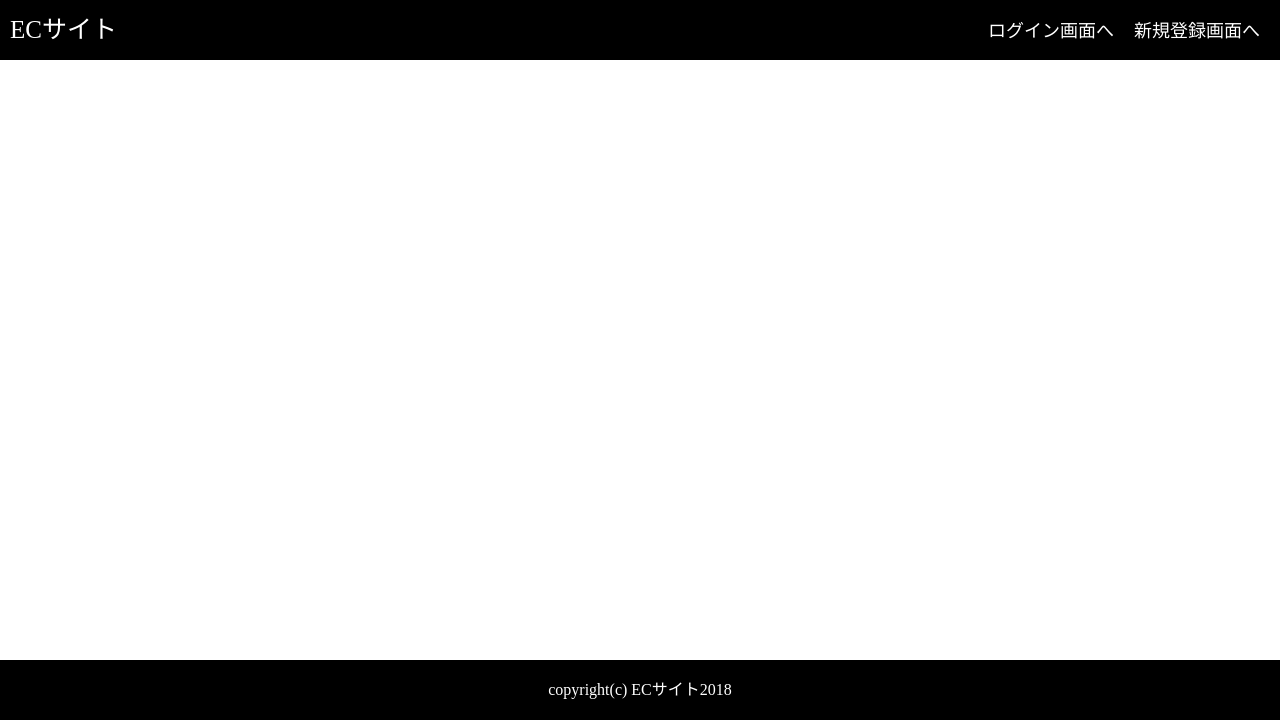
Repository: nyanya02/ECsite
Page: http://localhost/ECsite/
The author's editor kept a copy of each file at every save. The page is drawn from the files as they stood at one save, then again after the next save.
The browser window is 1280 px wide. The pictures show the whole page.
The page is served by Tomcat 9.

Above is the page before, as saved 2018-04-25 16:25:46.

After the next save:
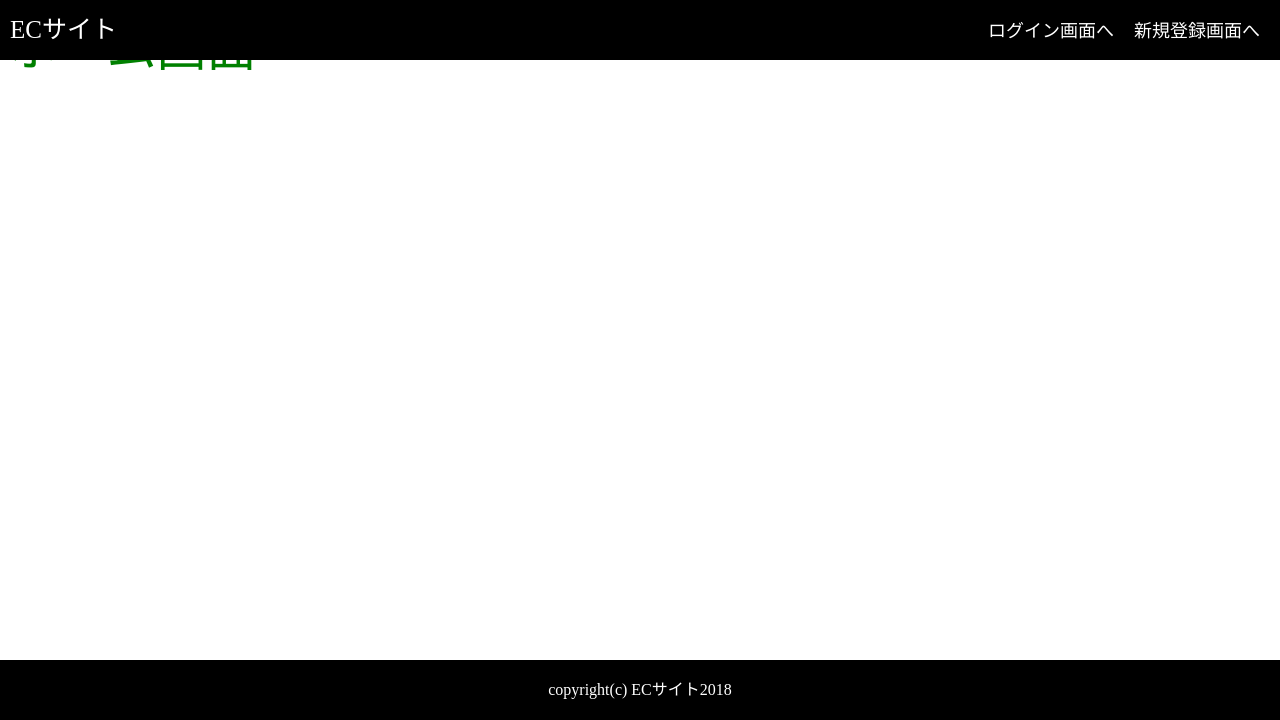
Saved 96 s later.
--- a/ECsite/WebContent/home.jsp
+++ b/ECsite/WebContent/home.jsp
@@ -76,6 +76,11 @@
     line-height: 60px;
 }
 
+p{
+	color:green;
+	font-size:50px;
+}
+
 </style>
 
 </head>

After the save that followed:
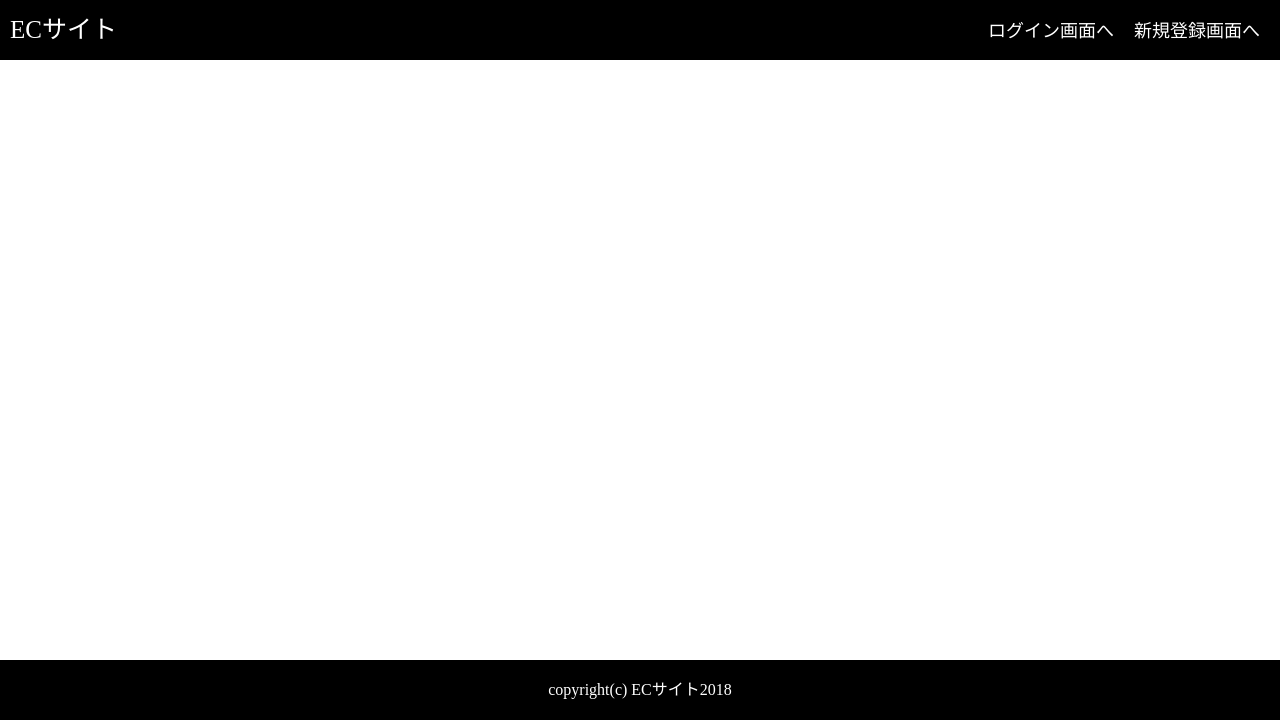
Saved 31 s later.
--- a/ECsite/WebContent/home.jsp
+++ b/ECsite/WebContent/home.jsp
@@ -76,10 +76,6 @@
     line-height: 60px;
 }
 
-p{
-	color:green;
-	font-size:50px;
-}
 
 </style>
 
